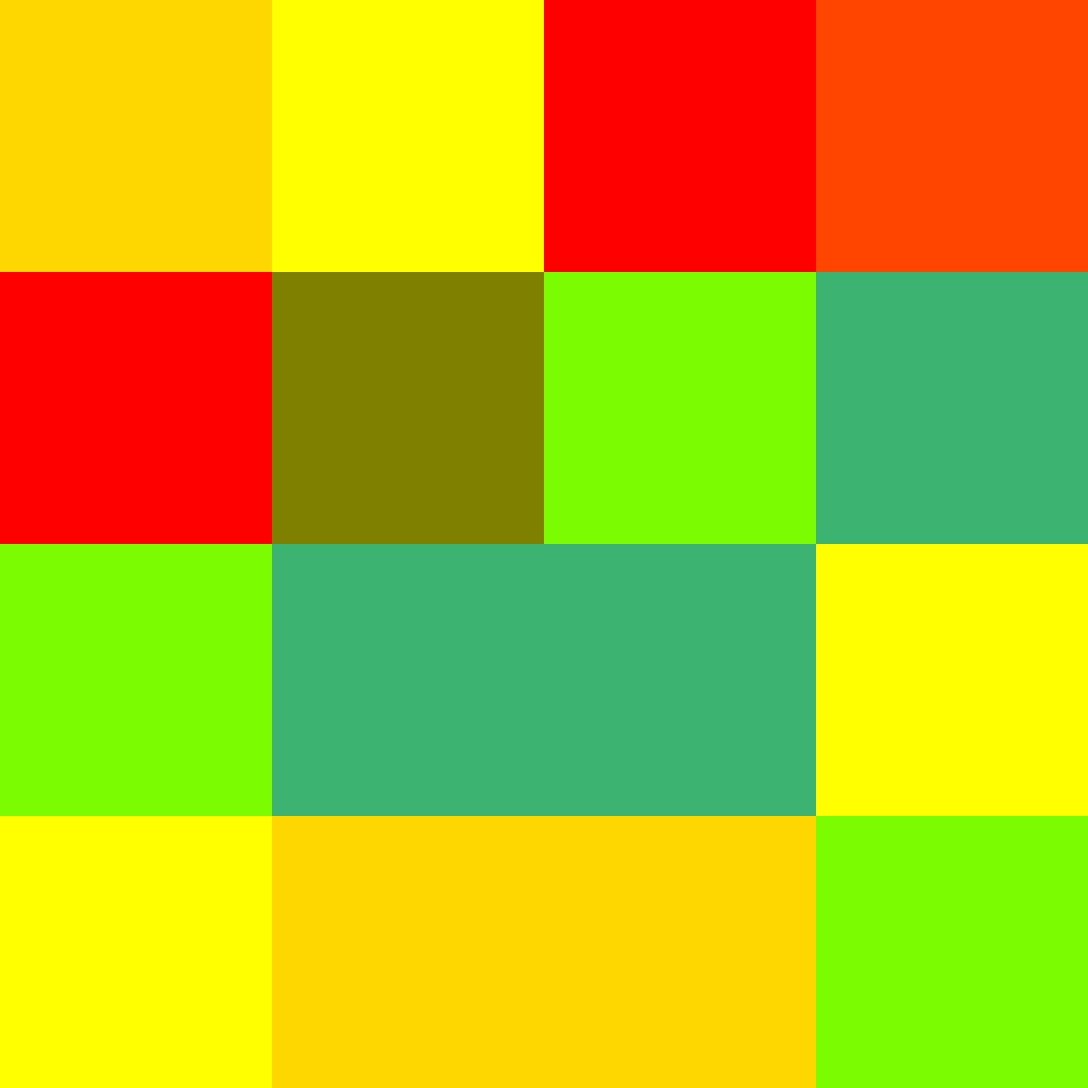
Repository: zhapar/color-boxes
Page: /
The author's editor kept a copy of each file at every save. The page is drawn from the files as they stood at one save, then again after the next save.
The browser window is 1280 px wide. The pictures show the whole page, at 85% of full size.
The project was rebuilt for these pictures with package versions that can differ from the ones it lists, and the page was loaded fresh each time.

Above is the page before, as saved 2020-08-22 22:36:22.

### src/App.js
import React from "react";
import BoxContainer from "./BoxContainer";
import "./App.css";

function App() {
  return (
    <div className="App">
      <BoxContainer />
    </div>
  );
}

export default App;

### src/BoxContainer.js
import React, { Component } from "react";
import Box from "./Box";
import "./BoxContainer.css";

class BoxContainer extends Component {
  static defaultProps = {
    colors: [
      "gold",
      "yellow",
      "orangered",
      "red",
      "lawngreen",
      "mediumseagreen",
      "olive",
    ],
    numBox: 16,
  };
  render() {
    const boxes = Array.from({ length: this.props.numBox }).map(() => (
      <Box colors={this.props.colors} />
    ));
    return <div className="BoxContainer">{boxes}</div>;
  }
}

export default BoxContainer;

### src/Box.js
import React, { Component } from "react";
import "./Box.css";
import { choice } from "./helpers";

class Box extends Component {
  constructor(props) {
    super(props);
    this.state = {
      color: choice(this.props.colors),
    };
    this.handleClick = this.handleClick.bind(this);
  }

  change() {
    let newColor;
    do {
      newColor = choice(this.props.colors);
    } while (newColor === this.state.color);

    this.setState({ color: newColor });
  }

  handleClick() {
    this.change();
  }
  render() {
    return (
      <div
        className="Box"
        style={{ backgroundColor: this.state.color }}
        onClick={this.handleClick}
      ></div>
    );
  }
}

export default Box;

### src/BoxContainer.css
.BoxContainer {
  display: flex;
  flex-flow: wrap;
  justify-content: center;
  align-items: center;
}

### src/Box.css
.Box {
  width: 20rem;
  height: 20rem;
}

### src/helpers.js
function choice(arr) {
  const idx = Math.floor(Math.random() * arr.length);
  return arr[idx];
}

export { choice };

Loaded but not shown: public/index.html (common file); src/index.js (common file); src/index.css (common file); src/serviceWorker.js (common file); src/App.css (common file)

After the next save:
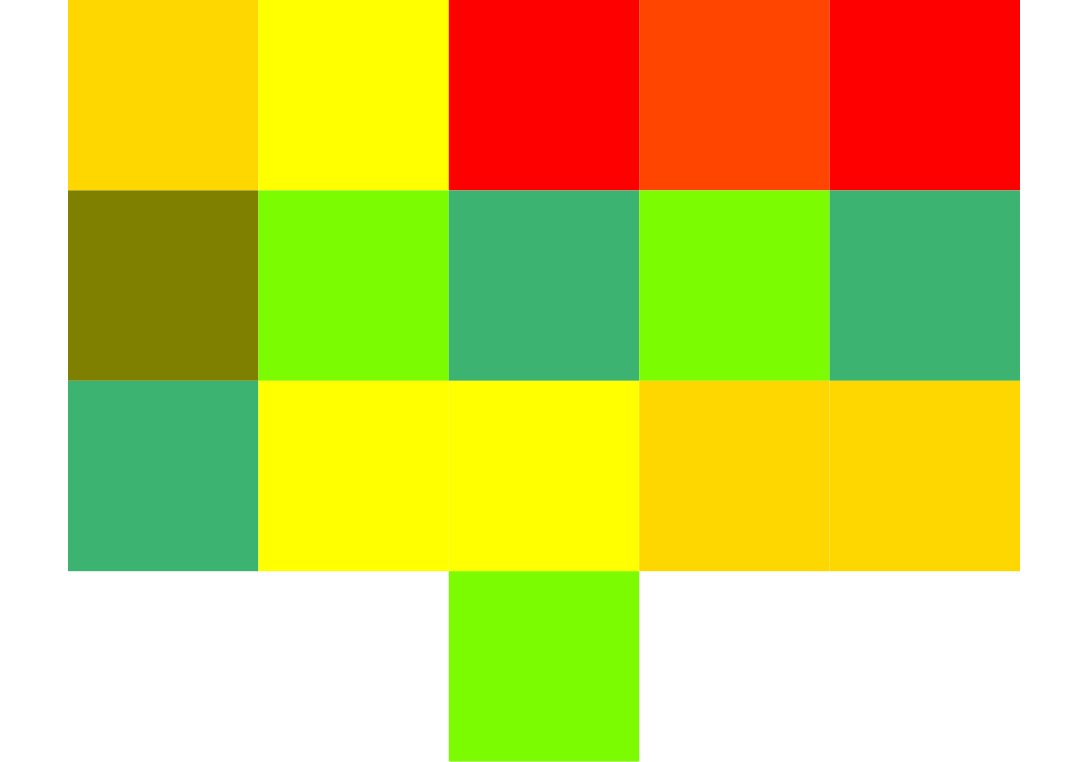
Saved 28 s later.
--- a/src/Box.css
+++ b/src/Box.css
@@ -1,4 +1,4 @@
 .Box {
-  width: 20rem;
-  height: 20rem;
+  width: 14rem;
+  height: 14rem;
 }
